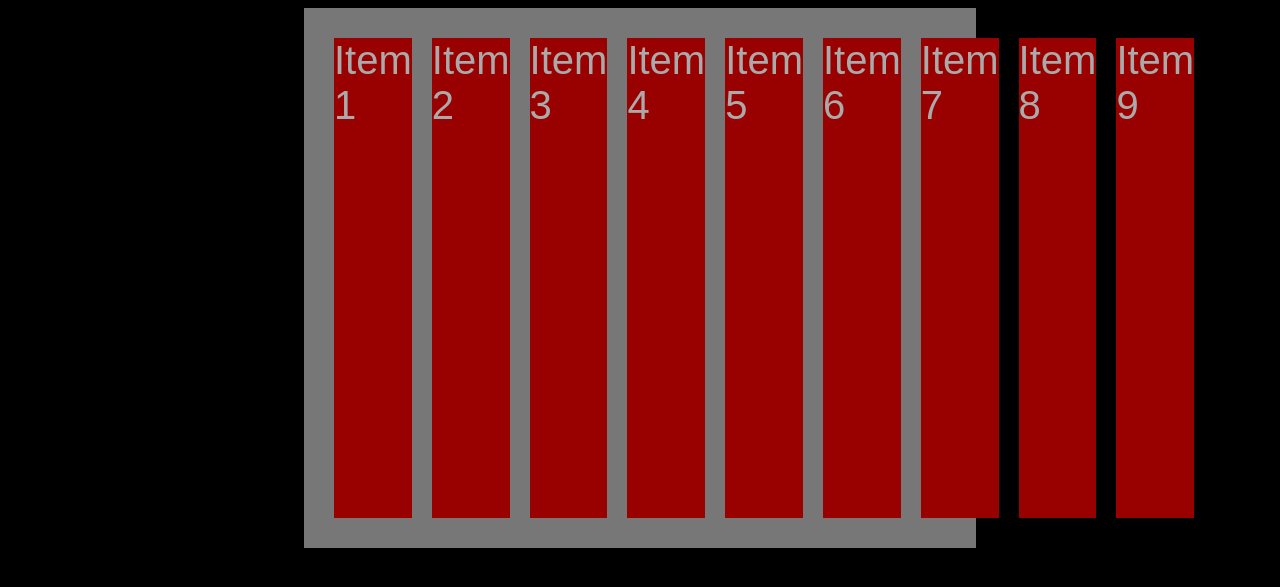
Repository: vitorgiovane/origamid-flexblog
Page: index.html
These files come from the project's save history. The page is drawn as it stood at one moment and after the next save; the edit follows.
The browser window is 1280 px wide. The pictures show the whole page.

Above is the page before, as saved 2019-02-24 21:44:39.

### index.html
<!DOCTYPE html>
<html lang="en">
<head>
  <meta charset="UTF-8">
  <meta name="viewport" content="width=device-width, initial-scale=1.0">
  <meta http-equiv="X-UA-Compatible" content="ie=edge">
  <link rel="stylesheet" href="style.css">
  <title>Document</title>
</head>
<body>
  <div class="container">
    <div class="item">Item 1</div>
    <div class="item">Item 2</div>
    <div class="item">Item 3</div>
    <div class="item">Item 4</div>
    <div class="item">Item 5</div>
    <div class="item">Item 6</div>
    <div class="item">Item 7</div>
    <div class="item">Item 8</div>
    <div class="item">Item 9</div>
  </div>

</body>
</html>

### style.css
body{
  background-color: black;
  color: #aaa;
}

.container{
  background-color: #777;
  padding:20px;
  display: flex;
  /* flex-direction: row; */
  width: 50%;
  height: 500px;
  margin: auto;
  /* flex-wrap: wrap-reverse; */
  flex-flow: row nowrap;
}

.item{
  background-color: #900;
  margin:10px;
  /* flex: 1; */
  font-size: 40px;
  font-family: sans-serif;
}

After the next save:
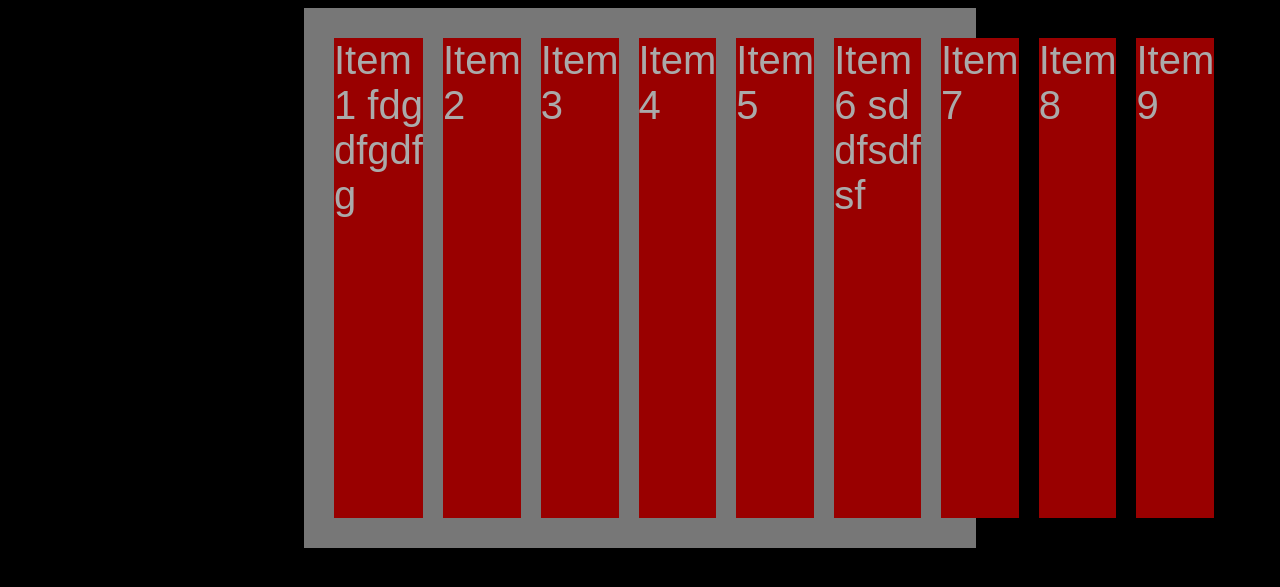
Saved 102 s later.
--- a/index.html
+++ b/index.html
@@ -9,12 +9,12 @@
 </head>
 <body>
   <div class="container">
-    <div class="item">Item 1</div>
+    <div class="item">Item 1 fdg dfgdf g</div>
     <div class="item">Item 2</div>
     <div class="item">Item 3</div>
     <div class="item">Item 4</div>
     <div class="item">Item 5</div>
-    <div class="item">Item 6</div>
+    <div class="item">Item 6 sd dfsdf sf</div>
     <div class="item">Item 7</div>
     <div class="item">Item 8</div>
     <div class="item">Item 9</div>
